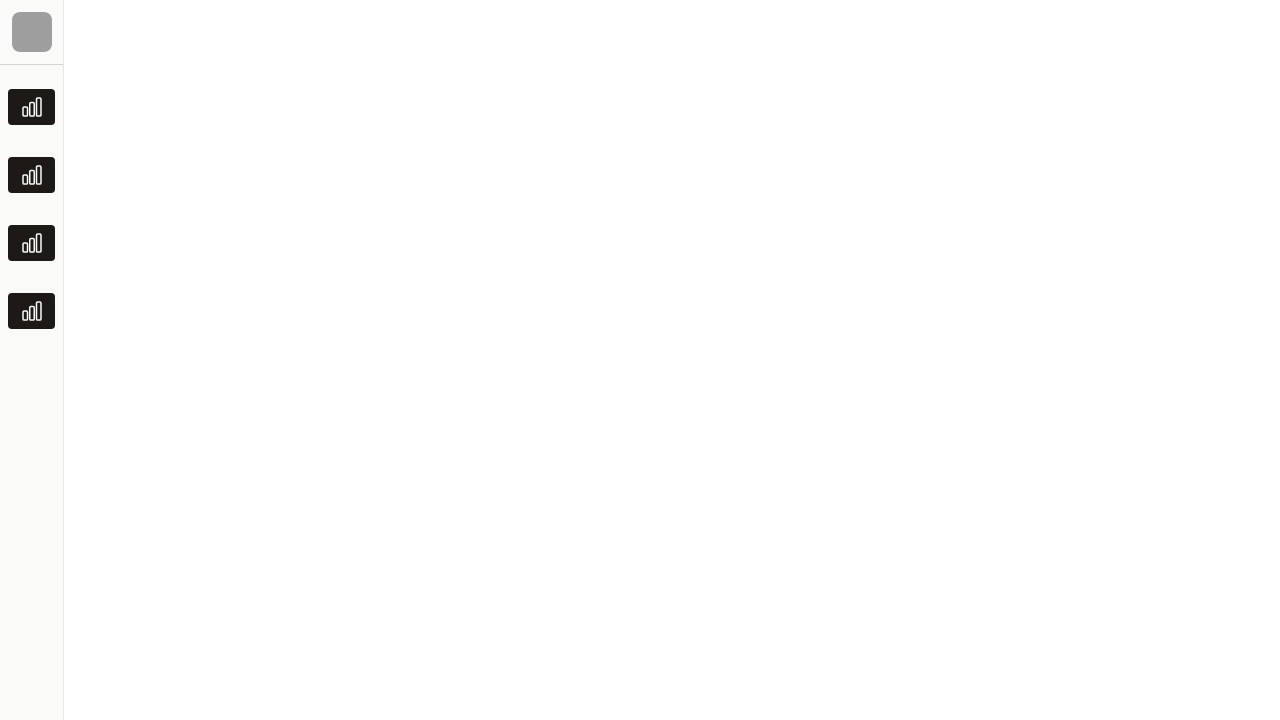
Repository: XavierOtavio/Cuzinhas
Page: /dashboard
The author's editor kept a copy of each file at every save. The page is drawn from the files as they stood at one save, then again after the next save.
The browser window is 1280 px wide. The pictures show the whole page.
Pictures or frames that could not be fetched are drawn as grey boxes. The project was rebuilt for these pictures with package versions that can differ from the ones it lists, and the page was loaded fresh each time. Also part of the build but not shown: src/components/Header.js, src/components/Login.js.

Above is the page before, as saved 2023-03-08 12:45:18.

After the next save:
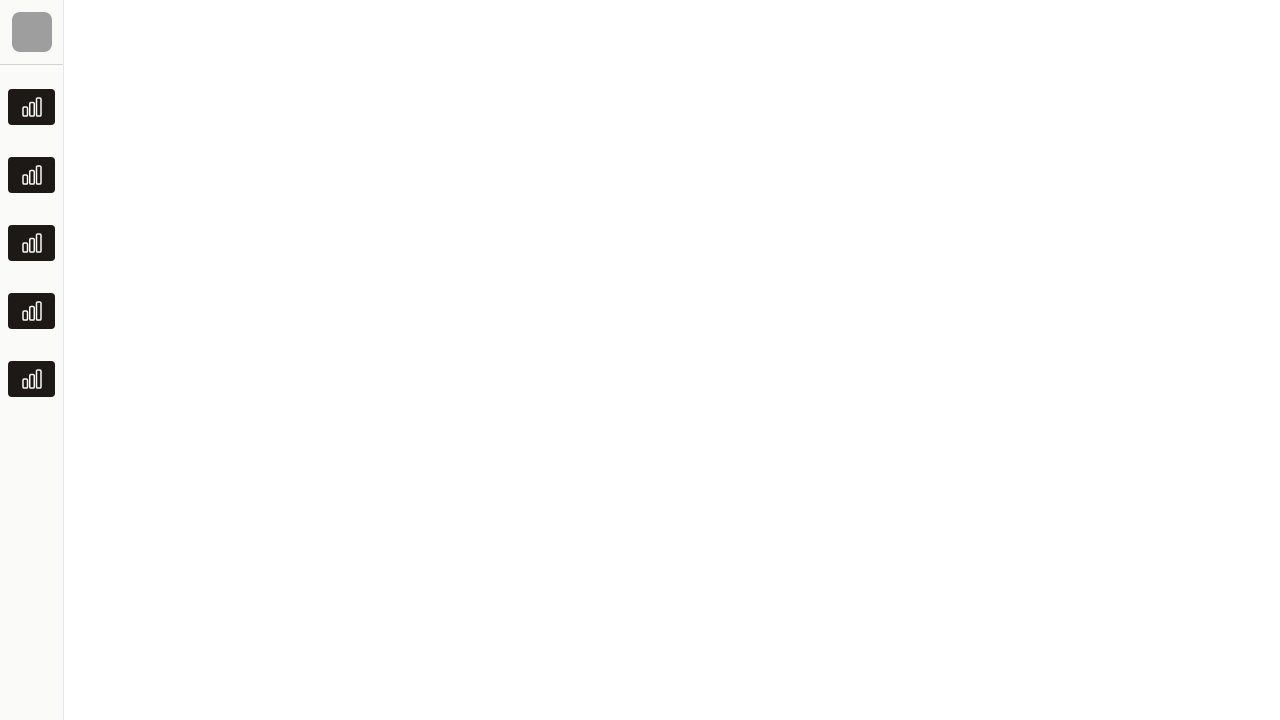
Saved 108 s later.
--- a/src/components/Dashboard.js
+++ b/src/components/Dashboard.js
@@ -66,6 +66,17 @@ export default function Dashboard() {
                   </span>
                 </NavLink>
               </div>
+              <div className="py-4 flex-end">
+                <NavLink
+                  to="#"
+                  className="group relative flex  justify-center rounded bg-stone-900 px-2 py-1.5 text-stone-50"
+                >
+                  <ChartBarIcon className="h-6 w-6" />
+                  <span className="absolute left-full top-1/2 ml-4 -translate-y-1/2 rounded bg-stone-900 px-2 py-1.5 text-xs font-medium text-stone-50 opacity-0 group-hover:opacity-100">
+                    Dashboard
+                  </span>
+                </NavLink>
+              </div>
             </nav>
           </div>
         </div>
